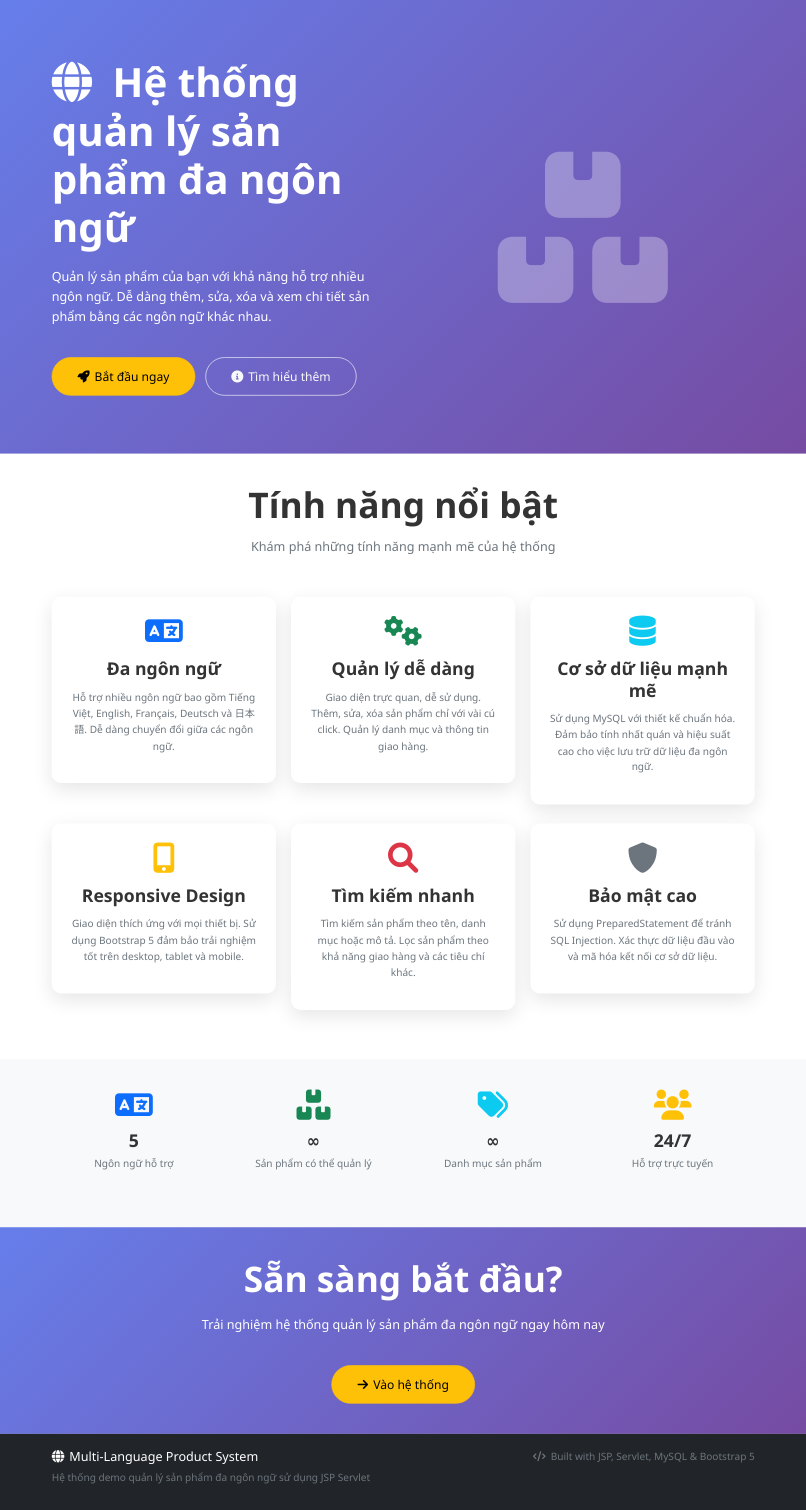
Repository: MaryPhuong11/JSP-Servlet
Page: http://localhost/JSP-Servlet/
These files come from the project's save history. The page is drawn as it stood at one moment and after the next save; the edit follows.
The browser window is 1280 px wide. The pictures show the whole page, at 63% of full size.
The page is served by Tomcat 9.

Above is the page before, as saved 2025-10-14 09:40:14.

After the next save:
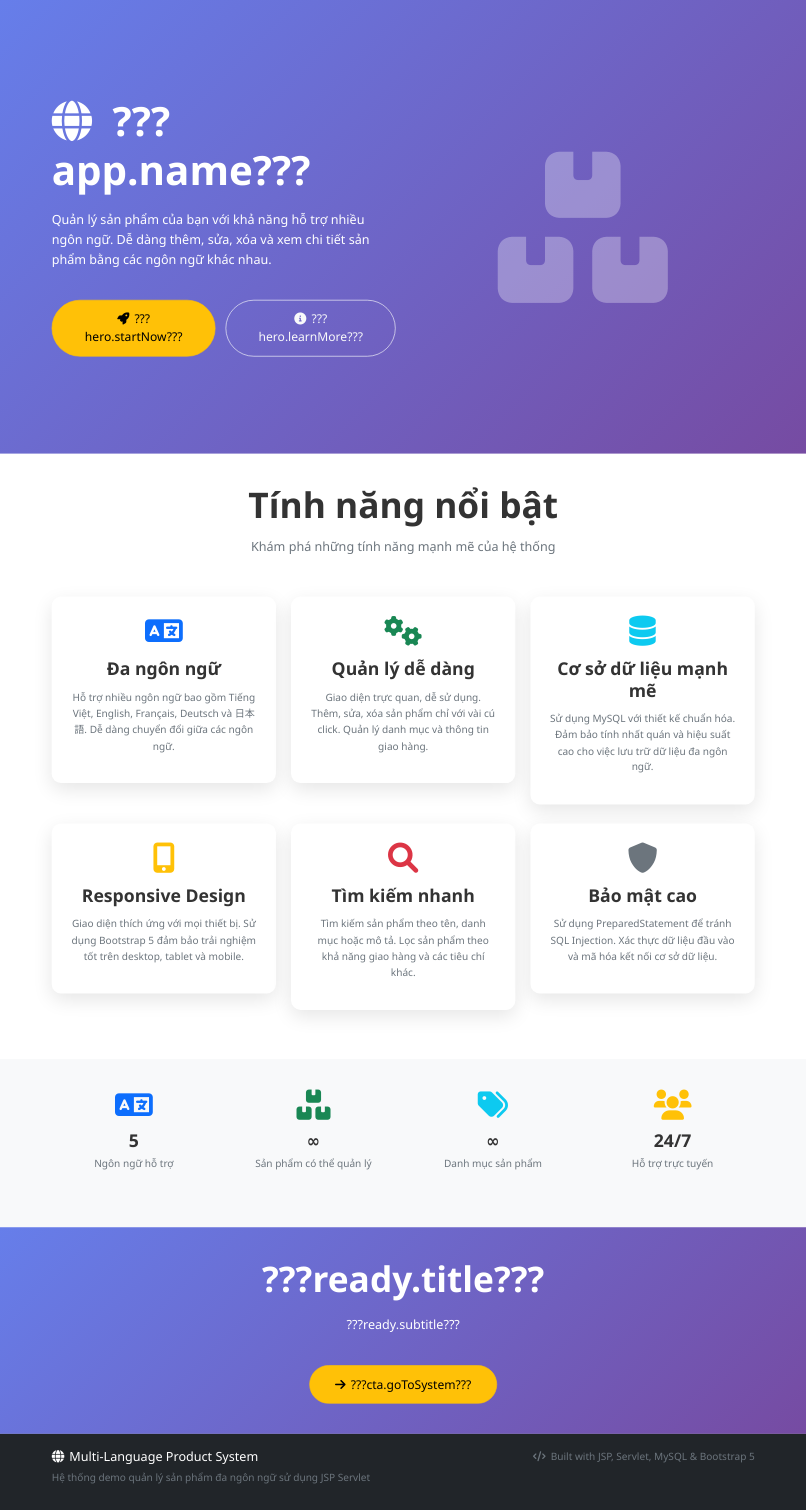
Saved 39 s later.
--- a/JSP-Servlet/src/main/webapp/index.jsp
+++ b/JSP-Servlet/src/main/webapp/index.jsp
@@ -1,7 +1,7 @@
 <%@ page contentType="text/html;charset=UTF-8" language="java" %>
 <%@ taglib prefix="fmt" uri="http://java.sun.com/jsp/jstl/fmt" %>
 <fmt:setLocale value="${sessionScope.appLocale}" />
-<fmt:setBundle basename="i18n.messages" />
+<fmt:setBundle basename="axis_bujava" />
 <!DOCTYPE html>
 <html lang="vi">
 <head>
